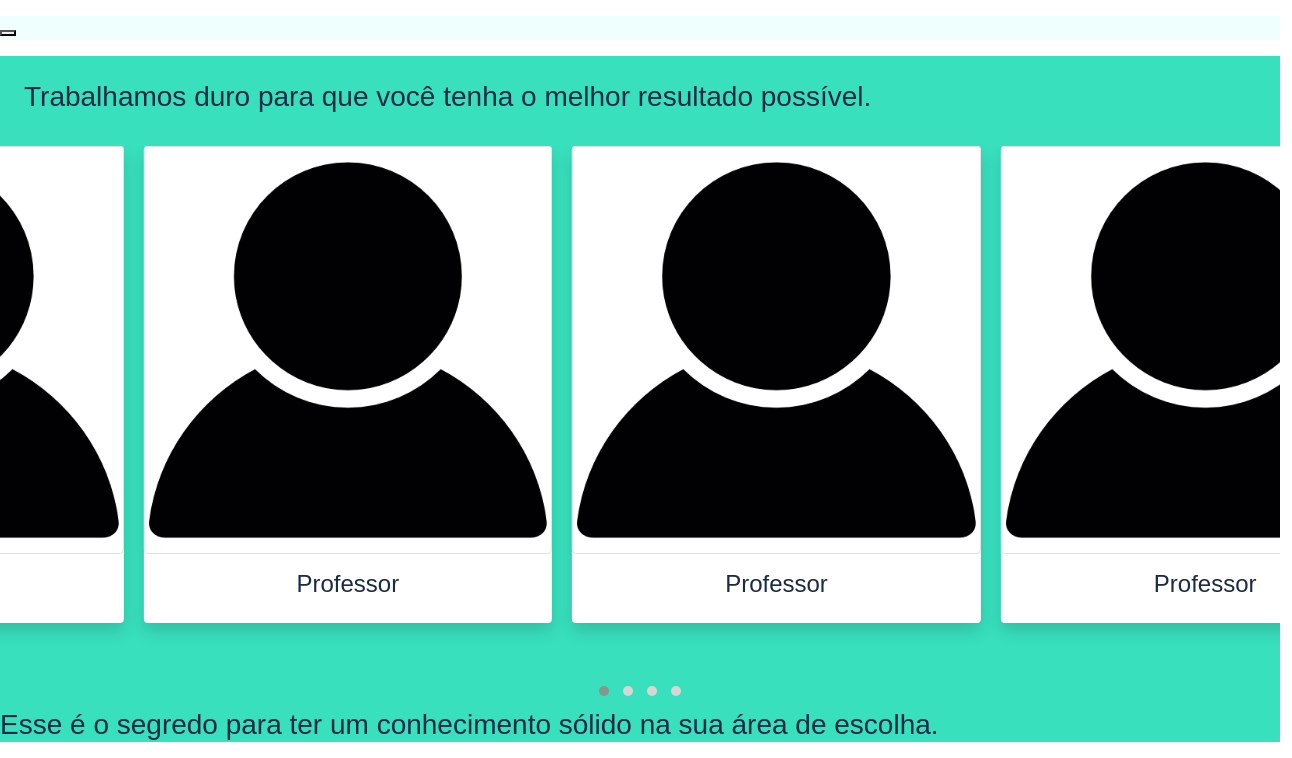
Repository: MarTech-Coders-Planejamento/site-oficial
Page: home.html
The author's editor kept a copy of each file at every save. The page is drawn from the files as they stood at one save, then again after the next save.
The browser window is 1280 px wide. The page is 1292 px wide, so the pictures cover 1292 px, including what lies to the right of the window. The pictures show the whole page.
Some web fonts or font styles are not loaded; a fallback is used.

Above is the page before, as saved 2021-10-22 23:48:34.

After the next save:
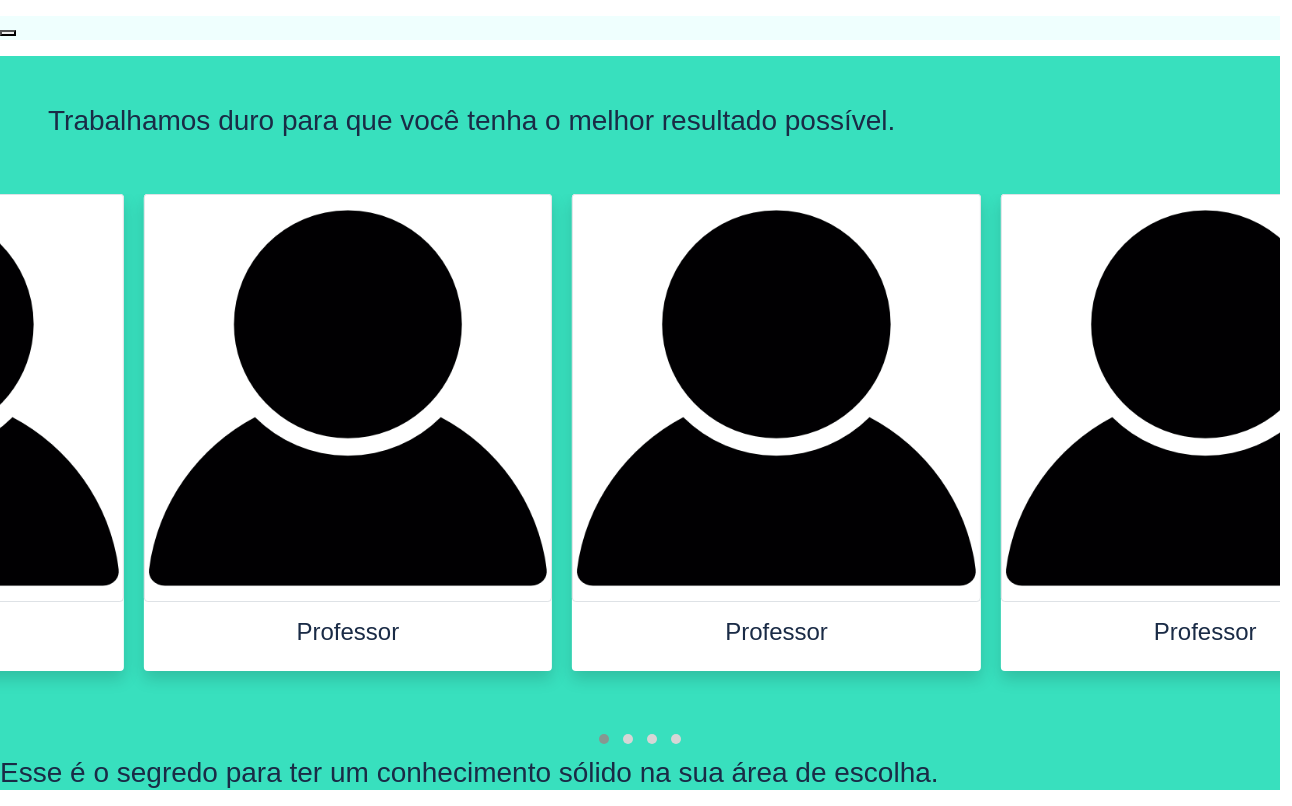
Saved 15 s later.
--- a/home.html
+++ b/home.html
@@ -70,7 +70,7 @@
         </section>
         <section class="bg-two">
           <!--dobra4-->
-          <p class='h3 p-4'>
+          <p class='h3 p-5'>
             Trabalhamos duro para que você tenha o melhor resultado possível.
           </p>
           <div class="row justify-content-center">
